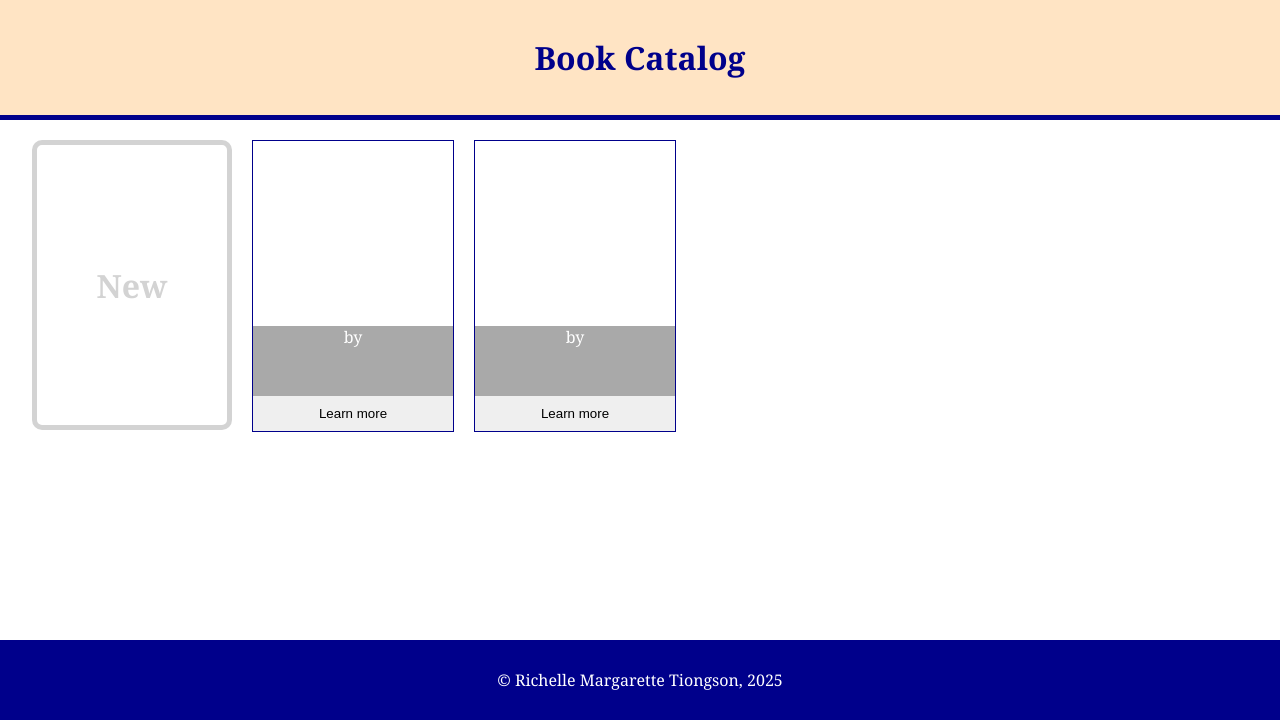
Repository: richelletiongson/comp3170_lab01
Page: /
An editor plug-in stored every save of this project. The page is shown before and after the next save, followed by the edit.
The browser window is 1280 px wide. The pictures show the whole page.
The project was rebuilt for these pictures with package versions that can differ from the ones it lists, and the page was loaded fresh each time. Also part of the build but not shown: vite.config.js.

Above is the page before, as saved 2025-09-14 00:41:35.

After the next save:
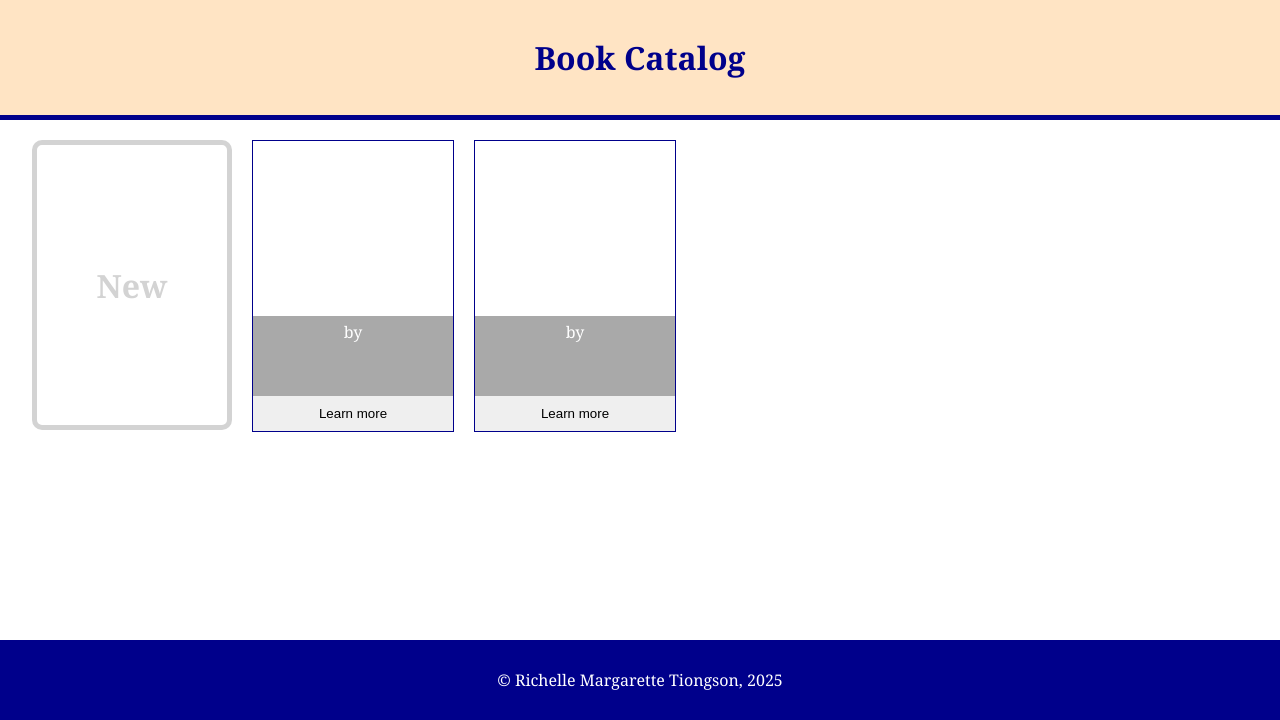
Saved 19 s later.
--- a/src/index.css
+++ b/src/index.css
@@ -45,6 +45,7 @@ body {
 
 .author {
   height: 70px;
+  padding: 5px;
   background-color: darkgrey;
   color: #FFFFFF;
   text-align: center;
